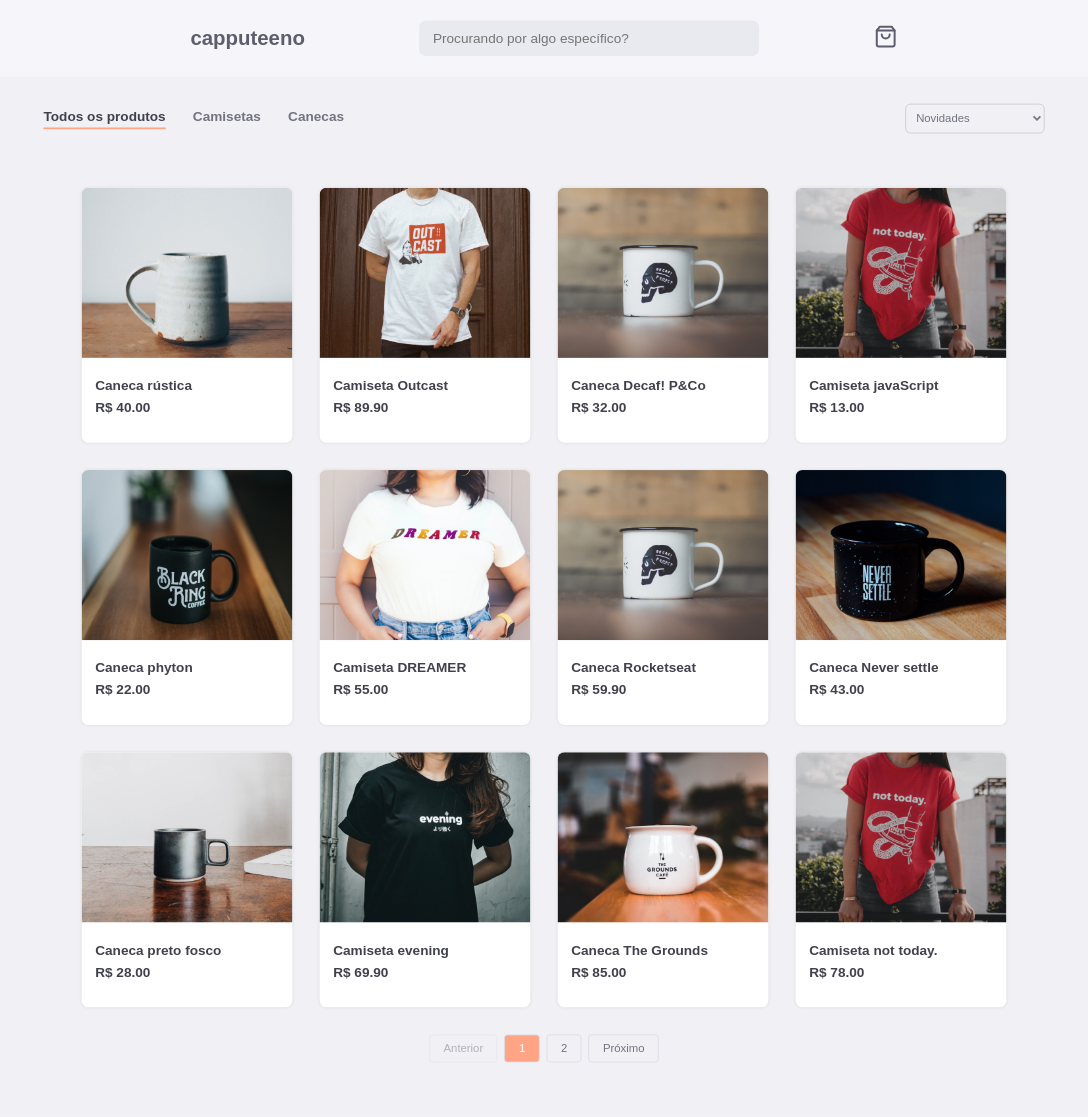
Repository: Biel-barbosa/capputeenoecomerce
Page: /
These files come from the project's save history. The page is drawn as it stood at one moment and after the next save; the edit follows.
The browser window is 1280 px wide. The pictures show the whole page, at 85% of full size.
The project was rebuilt for these pictures with package versions that can differ from the ones it lists, and the page was loaded fresh each time. The framework's server and built-in components were replaced by stand-ins that run in the browser. Also part of the build but not shown: next.config.ts.

Above is the page before, as saved 2025-04-25 14:00:19.

After the next save:
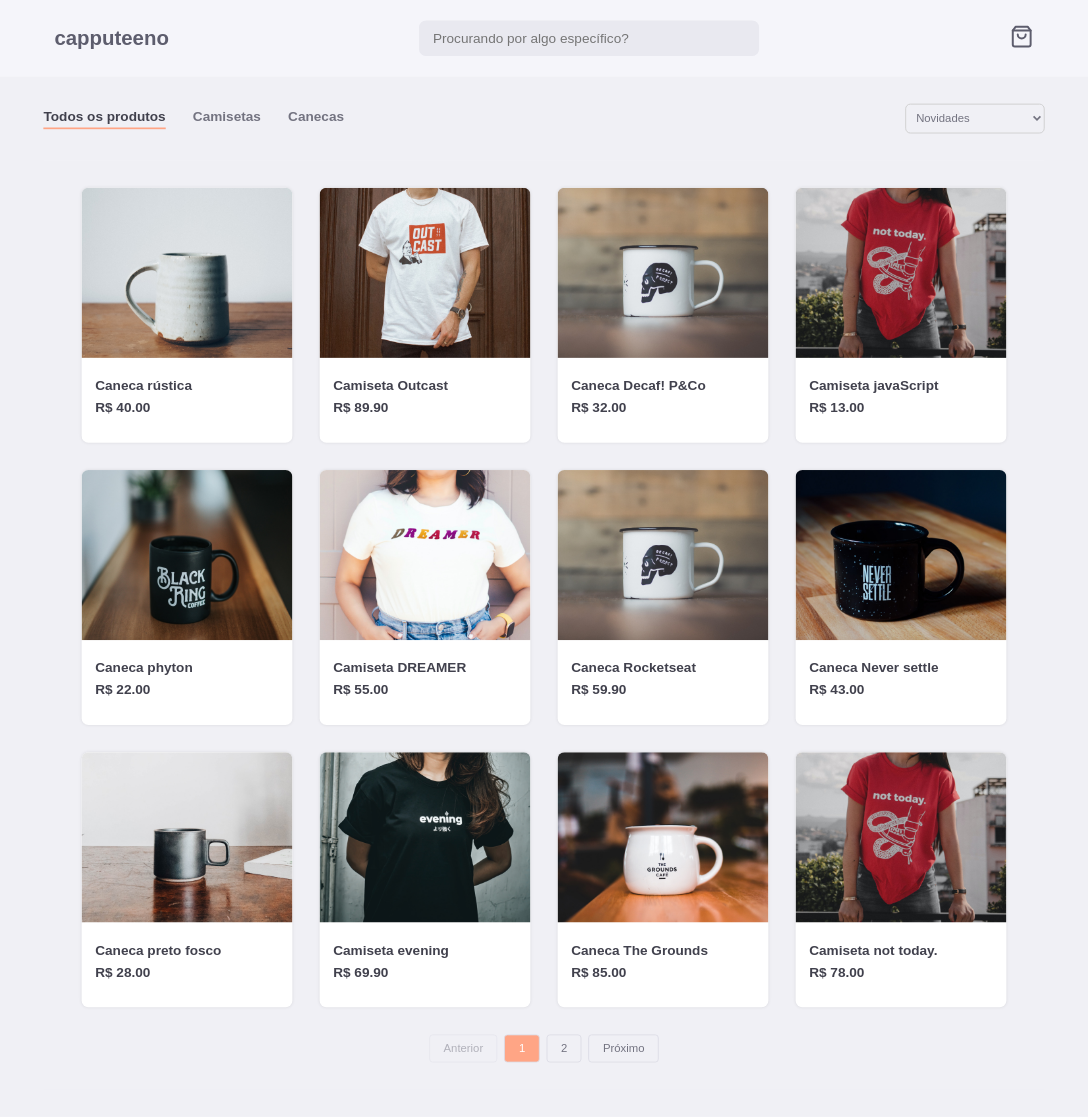
Saved 101 s later.
--- a/src/components/Header.tsx
+++ b/src/components/Header.tsx
@@ -12,13 +12,25 @@ type HeaderProps = {
 // Estilos
 const HeaderContainer = styled.header`
   width: 100%;
-  padding: 1.5rem 14rem;
+  padding: 1.5rem 4rem;
   display: flex;
   align-items: center;
   justify-content: space-between;
   background-color: #f5f5fa;
   flex-wrap: wrap;
   gap: 1rem;
+  box-sizing: border-box;
+
+  @media (max-width: 1024px) {
+    padding: 1.5rem 2rem;
+  }
+
+  @media (max-width: 768px) {
+    padding: 1rem 1.5rem;
+    flex-direction: column;
+    align-items: flex-start;
+    gap: 1.5rem;
+  }
 `;
 
 const Logo = styled.h1`
@@ -26,6 +38,11 @@ const Logo = styled.h1`
   font-weight: 600;
   color: #5d5d6d;
   margin: 0;
+  flex: 1;
+
+  @media (max-width: 768px) {
+    font-size: 1.25rem;
+  }
 `;
 
 const SearchInput = styled.input`
@@ -60,6 +77,10 @@ const CartButton = styled.button`
     font-size: 1.75rem;
     color: #5d5d6d;
   }
+
+  @media (max-width: 768px) {
+    font-size: 1.5rem;
+  }
 `;
 
 const CartCount = styled.span`
@@ -72,6 +93,11 @@ const CartCount = styled.span`
   font-size: 0.75rem;
   padding: 0.25rem 0.5rem;
   line-height: 1;
+
+  @media (max-width: 768px) {
+    font-size: 0.65rem;
+    padding: 0.2rem 0.4rem;
+  }
 `;
 
 const Header = ({ onSearch }: HeaderProps) => {
